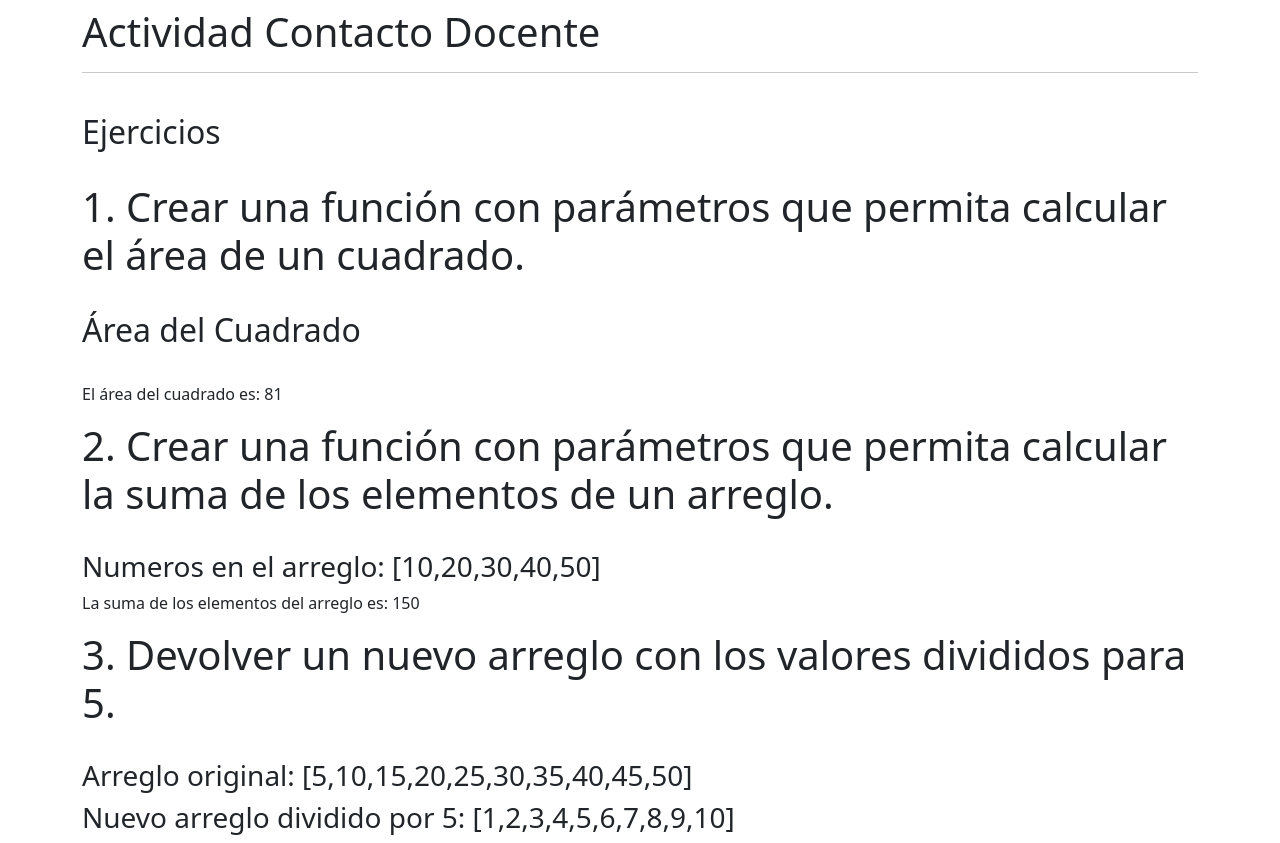
Repository: Jchimbo99/Actvidad1
Page: / (app in typescript-actividad/)
These files come from the project's save history. The page is drawn as it stood at one moment and after the next save; the edit follows.
The browser window is 1280 px wide. The pictures show the whole page.
The project was rebuilt for these pictures with package versions that can differ from the ones it lists, and the page was loaded fresh each time. Also part of the build but not shown: typescript-actividad/vite.config.ts.

Above is the page before, as saved 2025-01-22 20:46:49.

### typescript-actividad/index.html
<!doctype html>
<html lang="en">
  <head>
    <meta charset="UTF-8" />
    <link rel="icon" type="image/svg+xml" href="/vite.svg" />
    <meta name="viewport" content="width=device-width, initial-scale=1.0" />
    <link href="https://cdn.jsdelivr.net/npm/bootstrap@5.3.3/dist/css/bootstrap.min.css" rel="stylesheet" integrity="sha384-QWTKZyjpPEjISv5WaRU9OFeRpok6YctnYmDr5pNlyT2bRjXh0JMhjY6hW+ALEwIH" crossorigin="anonymous">

    <title>Activididad Jch</title>
  </head>
  <body class="container">
    <div id="root"></div>
    <script type="module" src="/src/main.tsx"></script>
  </body>
</html>

### typescript-actividad/src/App.tsx
import { AreaCuadrado } from "./typescript/AreaCuadrado";
import { SumaArreglo } from "./typescript/Arreglo";
import { ArreglosDivision } from "./typescript/ArreglosDivision";

export const App = () => {
  return (

    <div className="mt-2">
      <h1>Actividad Contacto Docente</h1>
      <hr />
      <br />
      <h2>Ejercicios</h2>
      <br />

      <AreaCuadrado/>

      <SumaArreglo/>
      <ArreglosDivision/>
      </div>
  )
}


export default App;

### typescript-actividad/src/typescript/AreaCuadrado.tsx
export const AreaCuadrado = () => {
    const lado = 9;
    const area = lado * lado;

    return (
        <div>

            <h1>1.	Crear una función con parámetros que permita calcular el área de un cuadrado.</h1>
            <br />
            <h2>Área del Cuadrado</h2>
            <br />
            <p>El área del cuadrado es: {area}</p>
        </div>
    );
}

### typescript-actividad/src/typescript/Arreglo.tsx
export const SumaArreglo = () => {

    const numeros = [10, 20, 30, 40, 50];

    const calcularSuma = (numeros: number[]): number => {
        return numeros.reduce((total, numero) => total + numero, 0);
    }

    const totalSuma = calcularSuma(numeros);

    return (
        <div>
            <h1>2. Crear una función con parámetros que permita calcular la suma de los elementos de un arreglo.</h1>
            <br />
            <h3>Numeros en el arreglo: {JSON.stringify(numeros)}</h3>
            <p>La suma de los elementos del arreglo es: {totalSuma}</p>
        </div>
    );
}

### typescript-actividad/src/typescript/ArreglosDivision.tsx
export const ArreglosDivision = () => {
    const arreglo = [5, 10, 15, 20, 25, 30, 35, 40, 45, 50];

    const arregloDividido = arreglo.map((valor) => valor / 5);

    return (
        <div>
            <h1>3. Devolver un nuevo arreglo con los valores divididos para 5.</h1>
            <br />
            <h3>Arreglo original: {JSON.stringify(arreglo)}</h3>
            <h3>Nuevo arreglo dividido por 5: {JSON.stringify(arregloDividido)}</h3>
        </div>
    );
}

Loaded but not shown: typescript-actividad/src/main.tsx (common file)

After the next save:
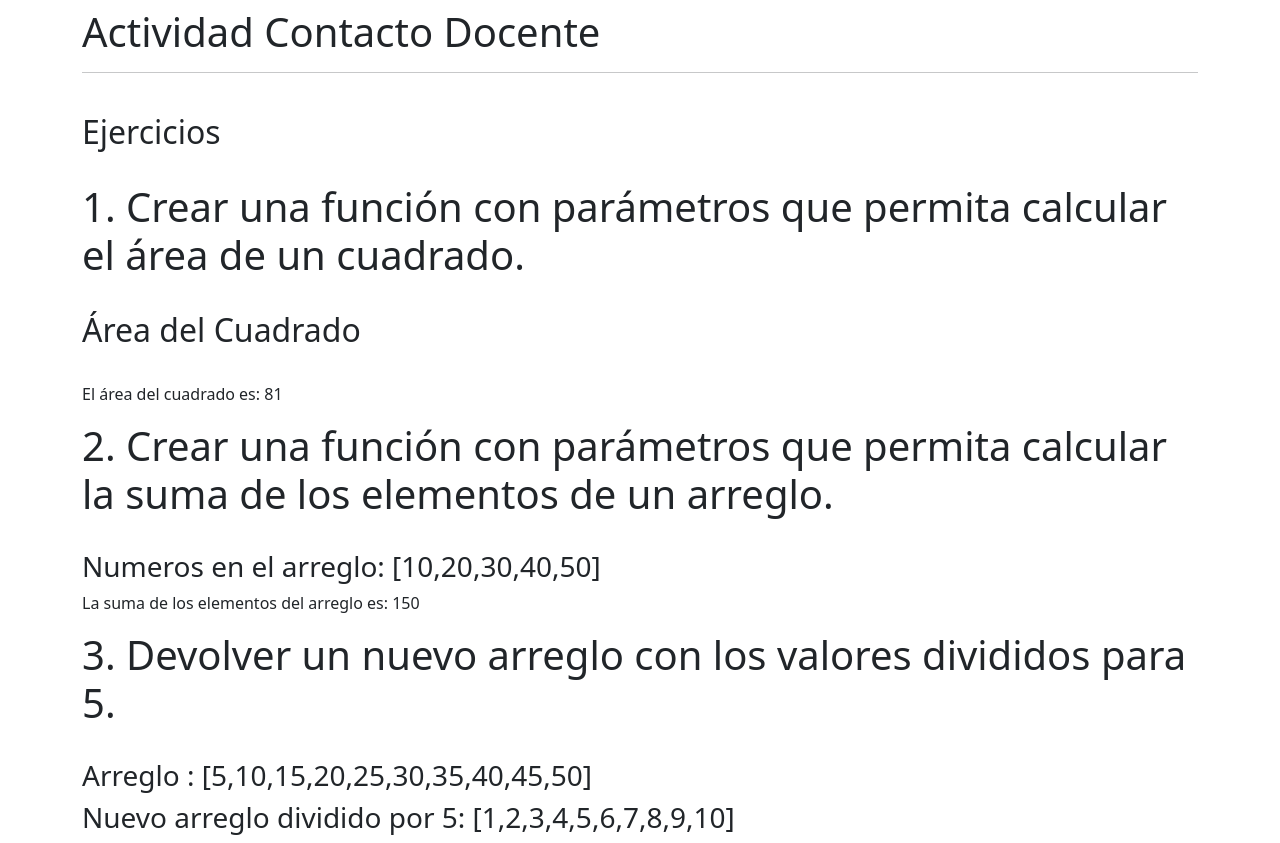
Saved 28 s later.
--- a/typescript-actividad/src/typescript/ArreglosDivision.tsx
+++ b/typescript-actividad/src/typescript/ArreglosDivision.tsx
@@ -7,7 +7,7 @@ export const ArreglosDivision = () => {
         <div>
             <h1>3. Devolver un nuevo arreglo con los valores divididos para 5.</h1>
             <br />
-            <h3>Arreglo original: {JSON.stringify(arreglo)}</h3>
+            <h3>Arreglo : {JSON.stringify(arreglo)}</h3>
             <h3>Nuevo arreglo dividido por 5: {JSON.stringify(arregloDividido)}</h3>
         </div>
     );
